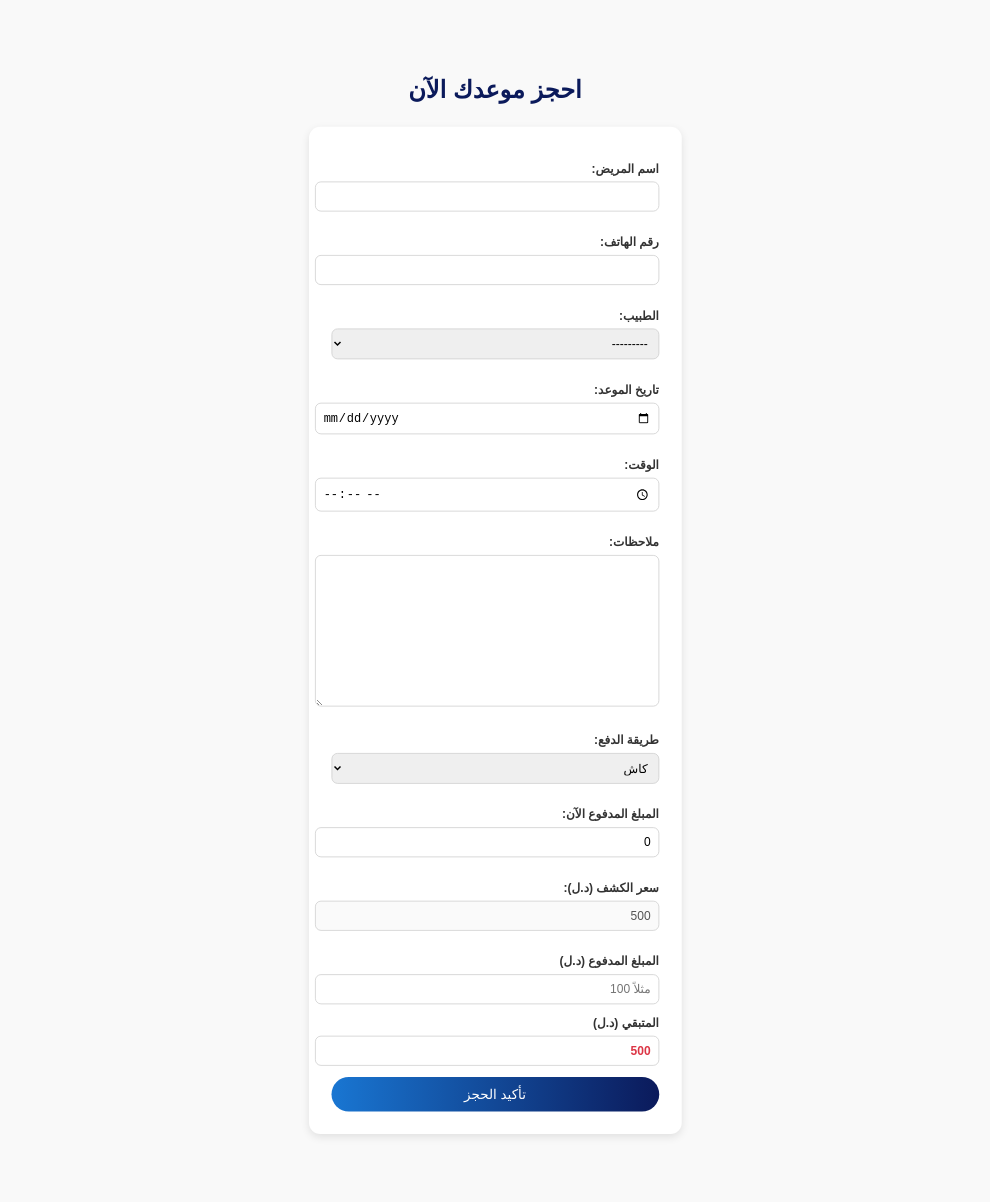
Repository: mysite4/s
Page: http://localhost/booking/
The author's editor kept a copy of each file at every save. The page is drawn from the files as they stood at one save, then again after the next save.
The browser window is 1280 px wide. The page is 1320 px wide, so the pictures cover 1320 px, including what lies to the right of the window. The pictures show the whole page, at 75% of full size.
Some web fonts or font styles are not loaded; a fallback is used. The page is served by the project's application, run on Django 5.2 (manage.py). Other server files are loaded and not shown. Queries for data that is not in the repository find no rows.

Above is the page before, as saved 2025-11-26 23:44:53.

### main/templates/booking.html
{% load static %}
<!DOCTYPE html>
<html lang="ar" dir="rtl">
<head>
  <meta charset="UTF-8">
  <meta name="viewport" content="width=device-width, initial-scale=1.0">
  <title>احجز موعدك</title>
  <link href="https://fonts.googleapis.com/css2?family=Cairo:wght@200..1000&display=swap" rel="stylesheet">
  <link rel="stylesheet" href="{% static 'css/style.css' %}">
  <style>
    body {
      font-family: 'Cairo', sans-serif;
      background-color: #f9f9f9;
      text-align: center;
      padding: 80px 20px;
    }
    h1 {
      color: #0b1a5b;
      margin-bottom: 30px;
    }
    form {
      max-width: 500px;
      margin: 0 auto;
      background: #fff;
      padding: 30px;
      border-radius: 15px;
      box-shadow: 0 4px 12px rgba(0,0,0,0.1);
      text-align: right;
    }
    label {
      display: block;
      margin-bottom: 8px;
      font-weight: bold;
      color: #333;
    }
    input, select, textarea {
      width: 100%;
      padding: 10px;
      margin-bottom: 15px;
      border: 1px solid #ccc;
      border-radius: 8px;
      font-size: 16px;
    }
    button {
      background: linear-gradient(to right, #1976d2, #0b1a5b);
      color: white;
      padding: 12px 25px;
      border: none;
      border-radius: 30px;
      cursor: pointer;
      transition: 0.3s;
      font-size: 18px;
      width: 100%;
    }
    button:hover {
      background: linear-gradient(to right, #0b1a5b, #1976d2);
    }
    #remaining_amount {
      font-weight: bold;
      margin-bottom: 15px;
      color: #dc3545;
    }
  </style>
</head>
<body>

  <h1>احجز موعدك الآن</h1>
  <form method="POST">
    {% csrf_token %}

    {{ form.as_p }}

    <!-- حقل الدفع -->
    <label for="paid_amount">المبلغ المدفوع (د.ل)</label>
    <input type="number" step="0.01" name="paid_amount" id="paid_amount" placeholder="مثلاً 100" required>

    <!-- حقل المتبقي -->
    <label>المتبقي (د.ل)</label>
    <input type="text" id="remaining_amount" value="500" readonly>

    <button type="submit">تأكيد الحجز</button>
  </form>

  <script>
    const paidInput = document.getElementById('paid_amount');
    const remainingInput = document.getElementById('remaining_amount');
    const totalPrice = 500;  // سعر الكشف ثابت

    paidInput.addEventListener('input', function() {
      const paid = parseFloat(paidInput.value) || 0;
      let remaining = totalPrice - paid;
      if (remaining < 0) remaining = 0;
      remainingInput.value = remaining.toFixed(2);
    });
  </script>

</body>
</html>

### main/forms.py
from django import forms
from .models import Appointment, Patient

# ---------------- Appointment Form ----------------
class AppointmentForm(forms.ModelForm):
    # حقول إضافية غير موجودة في الموديل مباشرة
    PAYMENT_CHOICES = (
        ("cash", "كاش"),
        ("card", "بطاقة"),
        ("not_paid", "غير مدفوع"),
    )
    payment_method = forms.ChoiceField(choices=PAYMENT_CHOICES, label="طريقة الدفع")
    paid_amount = forms.DecimalField(label="المبلغ المدفوع الآن", max_digits=10, decimal_places=2, initial=0)

    class Meta:
        model = Appointment
        fields = ['name', 'phone', 'doctor', 'date', 'time', 'message']
        widgets = {
            'date': forms.DateInput(attrs={'type': 'date'}),
            'time': forms.TimeInput(attrs={'type': 'time'}),
        }

    def __init__(self, *args, **kwargs):
        super().__init__(*args, **kwargs)
        # جعل سعر الكشف ثابت عند 500 د.ل
        self.fields['service_price'] = forms.DecimalField(
            label="سعر الكشف (د.ل)",
            max_digits=10,
            decimal_places=2,
            initial=500,
            disabled=True
        )

# ---------------- Patient Form ----------------
class PatientForm(forms.ModelForm):
    class Meta:
        model = Patient
        fields = ['name', 'age', 'gender', 'phone', 'disease', 'notes']

### main/models.py
from django.db import models
from django.utils import timezone

# ---------------------- Doctors ----------------------
class Doctor(models.Model):
    name = models.CharField(max_length=100)
    specialty = models.CharField(max_length=100)

    def __str__(self):
        return f"{self.name} - {self.specialty}"


# ---------------------- Patients ----------------------
class Patient(models.Model):
    name = models.CharField(max_length=100)
    age = models.IntegerField(blank=True, null=True)
    gender = models.CharField(max_length=10)
    phone = models.CharField(max_length=15)
    disease = models.CharField(max_length=200, blank=True, null=True)
    created_at = models.DateTimeField(auto_now_add=True)
    notes = models.TextField(blank=True, null=True)

    def __str__(self):
        return self.name


# ---------------------- Appointment ----------------------
class Appointment(models.Model):
    name = models.CharField(max_length=100, verbose_name="اسم المريض")
    phone = models.CharField(max_length=20, verbose_name="رقم الهاتف")
    doctor = models.ForeignKey(Doctor, on_delete=models.CASCADE, verbose_name="الطبيب")
    date = models.DateField(verbose_name="تاريخ الموعد")
    time = models.TimeField(verbose_name="الوقت")
    message = models.TextField(blank=True, null=True, verbose_name="ملاحظات")
    service_price = models.DecimalField(max_digits=10, decimal_places=2, default=500, verbose_name="سعر الكشف")
    created_at = models.DateTimeField(default=timezone.now)

    def __str__(self):
        return f"موعد {self.name} مع {self.doctor.name} بتاريخ {self.date}"


# ---------------------- Invoice ----------------------
class Invoice(models.Model):
    appointment = models.OneToOneField(
        Appointment,
        on_delete=models.CASCADE,
        null=True,
        blank=True
    )
    number = models.CharField(
        max_length=100,
        unique=True,
        null=True,
        blank=True
    )

    total_amount = models.DecimalField(max_digits=10, decimal_places=2, default=0)  # ← أصبح حقل حقيقي
    paid_amount = models.DecimalField(max_digits=10, decimal_places=2, default=0)
    date = models.DateField(default=timezone.now)

    @property
    def remaining_amount(self):
        remaining = self.total_amount - self.paid_amount
        return remaining if remaining > 0 else 0  # يمنع القيم السالبة

    def __str__(self):
        if self.appointment:
            return f"فاتورة {self.number} - {self.appointment.name}"
        return f"فاتورة {self.number} - غير مرتبطة بموعد"


# ---------------------- Payment ----------------------
class Payment(models.Model):
    invoice = models.ForeignKey(
        Invoice,
        on_delete=models.CASCADE,
        related_name="payments",
        null=True,
        blank=True
    )
    amount = models.DecimalField(max_digits=10, decimal_places=2)
    paid_at = models.DateTimeField(auto_now_add=True)

    def __str__(self):
        if self.invoice:
            return f"{self.amount} د.ل - {self.invoice.number}"
        return f"{self.amount} د.ل - فاتورة غير محددة"


# ---------------------- Notification ----------------------
class Notification(models.Model):
    title = models.CharField(max_length=200)
    message = models.TextField()
    created_at = models.DateTimeField(auto_now_add=True)
    is_active = models.BooleanField(default=True)

    def __str__(self):
        return self.title


# ---------------------- Accounting ----------------------
class AccountingItem(models.Model):
    date = models.DateField()
    income = models.FloatField()
    expense = models.FloatField()

    def __str__(self):
        return f"{self.date} - Income: {self.income} / Expense: {self.expense}"


# ---------------------- Doctor Schedule ----------------------
class DoctorSchedule(models.Model):
    name = models.CharField(max_length=100)
    hall = models.CharField(max_length=50)
    start_time = models.TimeField()
    end_time = models.TimeField()

    def __str__(self):
        return self.name

### main/views.py
from django.shortcuts import render, redirect
from django.utils import timezone
from django.http import JsonResponse
from .models import Appointment, Patient, Notification, Invoice, Payment, AccountingItem, DoctorSchedule
from .forms import AppointmentForm, PatientForm
from django.utils.crypto import get_random_string

# ------------------- الصفحة الرئيسية -------------------
def home(request):
    return render(request, 'home.html')


# ------------------- صفحة الحجز -------------------
def booking_page(request):
    doctor_id = request.GET.get('doctor')  # للحصول على الطبيب من الرابط
    if request.method == 'POST':
        form = AppointmentForm(request.POST)
        if form.is_valid():
            appointment = form.save(commit=False)
            # السعر ثابت 500 أو يمكن تغييره حسب الحاجة
            appointment.service_price = 500
            appointment.save()

            # بيانات الدفع
            paid_amount = float(request.POST.get('paid_amount', 0))

            # إنشاء أو تحديث المريض
            patient_name = form.cleaned_data['name']
            patient_phone = form.cleaned_data['phone']
            patient_notes = form.cleaned_data.get('message', '')

            patient, created = Patient.objects.update_or_create(
                name=patient_name,
                defaults={
                    'phone': patient_phone,
                    'notes': patient_notes
                }
            )

            # إنشاء رقم فاتورة فريد
            invoice_number = "INV-" + get_random_string(6).upper()

            # إنشاء الفاتورة مع total_amount
            invoice = Invoice.objects.create(
                appointment=appointment,
                number=invoice_number,
                total_amount=appointment.service_price,
                paid_amount=paid_amount,
                date=timezone.now()
            )

            # إنشاء دفعة إذا تم الدفع
            if paid_amount > 0:
                Payment.objects.create(
                    invoice=invoice,
                    amount=paid_amount,
                    paid_at=timezone.now()
                )

            return render(request, 'booking_success.html', {'invoice': invoice})

    else:
        form = AppointmentForm(initial={'doctor': doctor_id})

    return render(request, 'booking.html', {'form': form, 'doctor_id': doctor_id})


# ------------------- عرض جميع المواعيد -------------------
def appointments(request):
    appointments_list = Appointment.objects.all().order_by('-date', '-time')
    return render(request, 'services/appointments.html', {'appointments': appointments_list})


# ------------------- عرض وإضافة المرضى -------------------
def patients_view(request):
    if request.method == 'POST':
        form = PatientForm(request.POST)
        if form.is_valid():
            form.save()
            return redirect('patients')
    else:
        form = PatientForm()

    patients_list = Patient.objects.all().order_by('-id')
    return render(request, 'services/patients.html', {'form': form, 'patients': patients_list})


# ------------------- صفحة المحاسبة -------------------
def accounting_dashboard(request):
    items = AccountingItem.objects.all().order_by('date')
    invoices = Invoice.objects.all().order_by('-date')
    context = {
        'accounting_items': items,
        'invoices': invoices
    }
    return render(request, 'services/accounting.html', context)


# ------------------- صفحة الاستقبال -------------------
def reception(request):
    doctors = DoctorSchedule.objects.all()
    return render(request, 'services/reception.html', {'doctors': doctors})


# ------------------- صفحة المهام -------------------
def tasks(request):
    return render(request, 'services/tasks.html')


# ------------------- صفحة الطوارئ -------------------
def emergency(request):
    return render(request, 'services/emergency.html')


# ------------------- تعديل موعد باستخدام AJAX -------------------
def edit_appointment(request):
    if request.method == "POST":
        appointment_id = request.POST.get("appointment_id")
        appointment = Appointment.objects.get(id=appointment_id)
        appointment.name = request.POST.get("patient_name")
        appointment.date = request.POST.get("date")
        appointment.time = request.POST.get("time")
        appointment.save()
        return JsonResponse({"success": True})
    return JsonResponse({"success": False})


# ------------------- صفحة الإحصائيات -------------------
def stats_view(request):
    today = timezone.localdate()
    total_patients = Patient.objects.count()
    visits_today = Appointment.objects.filter(created_at__date=today).count()
    context = {
        'total_patients': total_patients,
        'visits_today': visits_today,
    }
    return render(request, 'services/statistics.html', context)


# ------------------- صفحة الإشعارات -------------------
def notifications_page(request):
    notifications = Notification.objects.filter(is_active=True).order_by('-created_at')
    return render(request, 'services/notifications.html', {'notifications': notifications})

### mysite/urls.py
"""
URL configuration for mysite project.

The `urlpatterns` list routes URLs to views. For more information please see:
    https://docs.djangoproject.com/en/5.2/topics/http/urls/
Examples:
Function views
    1. Add an import:  from my_app import views
    2. Add a URL to urlpatterns:  path('', views.home, name='home')
Class-based views
    1. Add an import:  from other_app.views import Home
    2. Add a URL to urlpatterns:  path('', Home.as_view(), name='home')
Including another URLconf
    1. Import the include() function: from django.urls import include, path
    2. Add a URL to urlpatterns:  path('blog/', include('blog.urls'))
"""
from django.contrib import admin
from django.urls import path, include

urlpatterns = [
    path('admin/', admin.site.urls),
    path('', include('main.urls')),
]

### main/urls.py
from django.urls import path
from . import views
from .views import accounting_dashboard

urlpatterns = [
    path('', views.home, name='home'),
    path('booking/', views.booking_page, name='booking_page'),
    path('services/appointments/', views.appointments, name='appointments'),
    path('services/patients/', views.patients_view, name='patients'),
     path("accounting-dashboard/", accounting_dashboard, name="accounting_dashboard"),
    path('services/reception/', views.reception, name='reception'),
    path('services/notifications/', views.notifications_page, name='notifications'),
    path('services/statistics/', views.stats_view, name='statistics'),  # ✅ تم التعديل هنا
    path('services/tasks/', views.tasks, name='tasks'),
    path('services/emergency/', views.emergency, name='emergency'),
    path('edit_appointment/', views.edit_appointment, name='edit_appointment'),
]

Loaded but not shown: main/static/css/style.css (525 lines, source omitted)

After the next save:
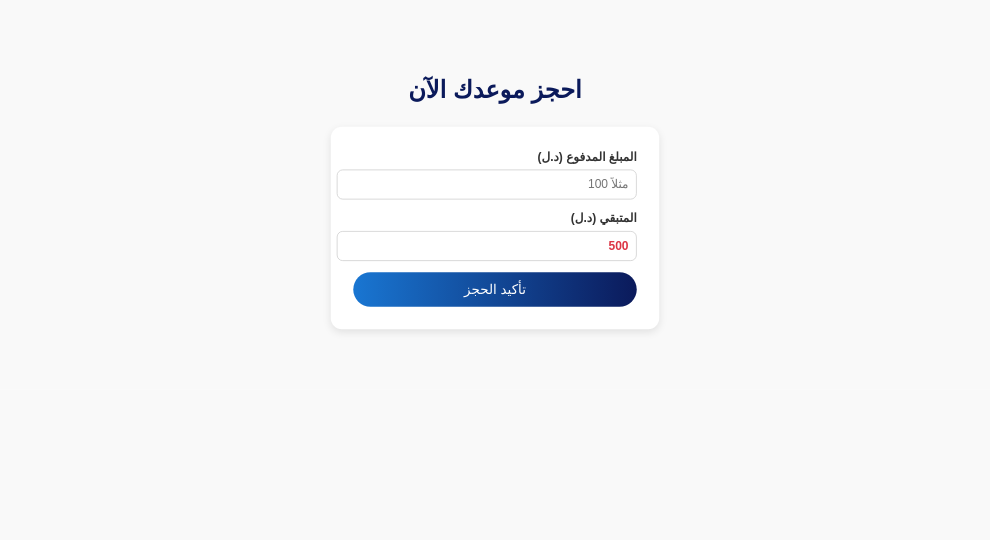
Saved 2 min 10 s later.
--- a/main/templates/booking.html
+++ b/main/templates/booking.html
@@ -68,7 +68,7 @@
   <form method="POST">
     {% csrf_token %}
 
-    {{ form.as_p }}
+
 
     <!-- حقل الدفع -->
     <label for="paid_amount">المبلغ المدفوع (د.ل)</label>

After the save that followed:
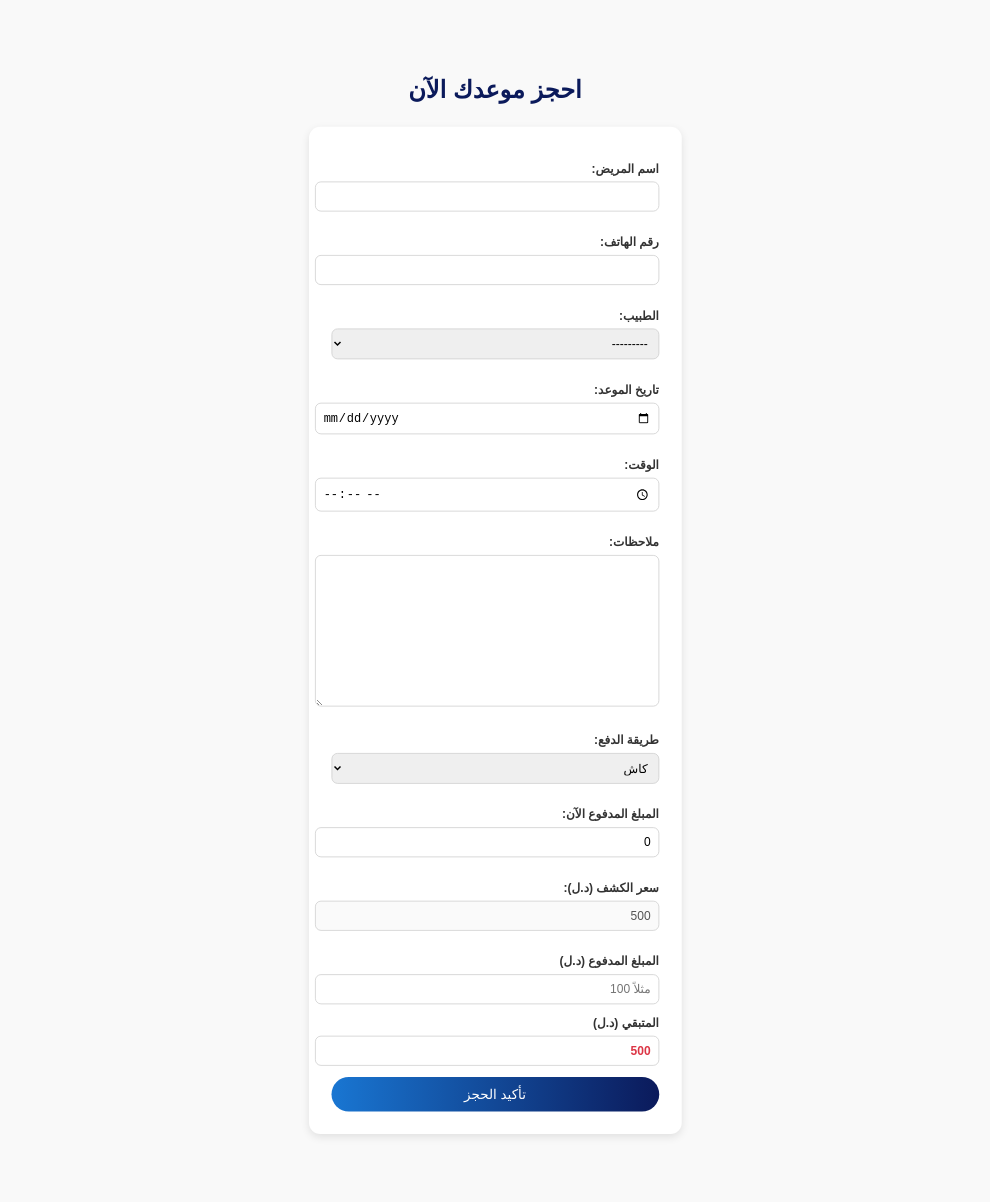
Saved 8 min 16 s later.
--- a/main/templates/booking.html
+++ b/main/templates/booking.html
@@ -68,7 +68,7 @@
   <form method="POST">
     {% csrf_token %}
 
-
+    {{ form.as_p }}
 
     <!-- حقل الدفع -->
     <label for="paid_amount">المبلغ المدفوع (د.ل)</label>
